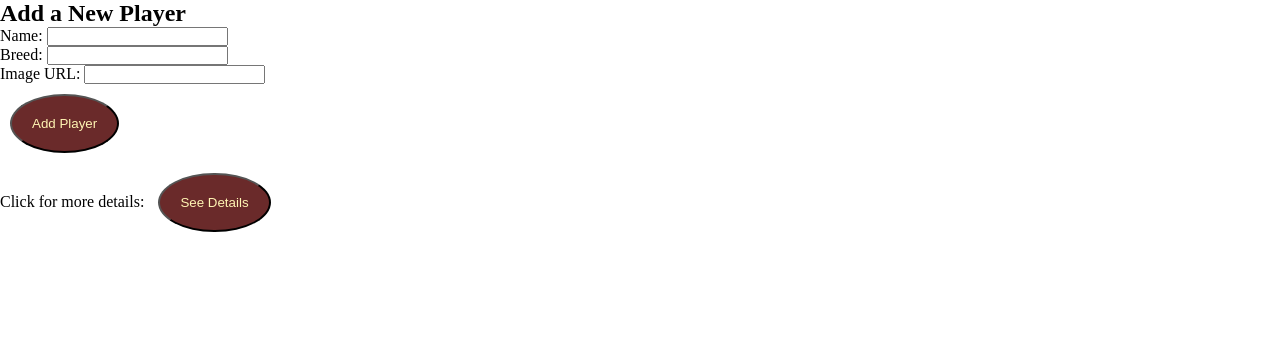
Repository: StaceyS27/puppybowl
Page: index.html
The author's editor kept a copy of each file at every save. The page is drawn from the files as they stood at one save, then again after a run of saves.
The browser window is 1280 px wide. The pictures show the whole page.

Above is the page before, as saved 2023-09-03 13:58:02.
Console error: TypeError: Cannot read properties of null (reading 'addEventListener')

### index.html
<!DOCTYPE html>
<html lang="en">
  <head>
    <meta charset="UTF-8" />
    <meta http-equiv="X-UA-Compatible" content="IE=edge" />
    <meta name="viewport" content="width=device-width, initial-scale=1.0" />
    <link rel="stylesheet" href="styles.css" />
    <title>PuppyBowl</title>
  </head>
  <body>
    <form id="new-player-form"></form>
    <h2>Add a New Player</h2>
    <label for="name">Name:</label>
    <input type="text" id="name" name="name" required /><br />
    <label for="breed">Breed:</label>
    <input type="text" id="breed" name="breed" required /><br />
    <label for="imageUrl">Image URL:</label>
    <input type="text" id="imageUrl" name="imageUrl" required /><br />
    <button type="submit">Add Player</button>
    <main></main>
    <form id="See Details"></form>
    <label for="See Details">Click for more details:</label>
    <button type="See details">See Details</button>
    <!DOCTYPE html>
    <html lang="en">
      <head>
        <meta charset="UTF-8" />
        <meta http-equiv="X-UA-Compatible" content="IE=edge" />
        <meta name="viewport" content="width=device-width, initial-scale=1.0" />
        <link rel="stylesheet" href="styles.css" />
        <title>PuppyBowl</title>
      </head>
      <body>

        <script src="./script.js"></script>
      </body>
    </html>
    <script src="./script.js"></script>
  </body>
</html>

### styles.css
*{
  padding: 0;
  margin: 0;
  box-sizing: border-box;
}

/*-------------------NAV BAR-------------------*/
.navbar {
  margin-bottom: 20px;
  padding: 10px;
  background-image: linear-gradient(goldenrod, gold, yellow);
  border-bottom: solid 20px yellow;
}
.navbar a:hover{
  font-weight: bold;
}
.navbar>a {
  color: rgb(0, 26, 78);
  font-family: Arial, Helvetica, sans-serif;
  padding: 20px;
  text-decoration: none;
}
/*-------------------GRID-------------------*/
#player-container {
  display: grid;
  grid-template-columns: repeat(4, 1fr);
  grid-template-rows: repeat(3, 1fr);
  column-gap: 20px;
  /*Adds spacing between columns; especially the nav bar background color and other content*/
}

/*All div children of player container will have this styling. NOTE: some may be changed with !important*/
#player-container>div {
  border: solid 5px rgb(0, 26, 78);
  border-radius: 10%;
  margin: 10px;
  padding: 20px;
  background-image: linear-gradient(rgb(0, 26, 78), goldenrod);
  color: rgb(255, 244, 179);
  font-family: Arial, Helvetica, sans-serif;
}

/*-------------------PUPPY IMAGE-------------------*/
/*Sizing for puppy images */
img {
  margin-top: 10px;
  margin-bottom: 10px;
  border: solid 5px rgb(0, 26, 78);
  height: 200px;
  width: 150px;
  align-items: center;
}
/*-------------------BUTTON STYLING-------------------*/
button {
  border-radius: 50%;
  margin: 10px;
  padding: 20px;
  background-color: rgb(106, 42, 42);
  color: rgb(255, 244, 179);
  font-family: Arial, Helvetica, sans-serif;
}

### script.js
// Use the API_URL variable to make fetch requests to the API.
// Replace the placeholder with your cohort name (ex: 2109-UNF-HY-WEB-PT)
const cohortName = "2306-GHP-ET-WEB-PT-SF";
const API_URL = `https://fsa-puppy-bowl.herokuapp.com/api/${cohortName}`;

/**
 * Fetches all players from the API.
 * @returns {Object[]} the array of player objects
 */
const fetchAllPlayers = async () => {
  try {
    const response = await fetch(`${API_URL}/players`);
    const result = await response.json();
    const playersArray = result.data.players
    console.log(playersArray);
    return playersArray;
  } catch (err) {
    console.error("Uh oh, trouble fetching players!", err);
  }
};

/**
 * Fetches a single player from the API.
 * @param {number} playerId
 * @returns {Object} the player object
 */
const fetchSinglePlayer = async (playerId) => {
  try {
    const response = await fetch (`${API_URL}/players/${playerId}`)
    const result = await response.json();
    console.log(result);
    return result;
  } catch (err) {
    console.error(`Oh no, trouble fetching player #${playerId}!`, err);
  }
}


/**
 * Adds a new player to the roster via the API.
 * @param {Object} playerObj the player to add
 * @returns {Object} the player returned by the API
 */
const addNewPlayer = async (playerObj) => {
  try {
    // TODO
  } catch (err) {
    console.error("Oops, something went wrong with adding that player!", err);
  }
};

/**
 * Removes a player from the roster via the API.
 * @param {number} playerId the ID of the player to remove
 */
const removePlayer = async (playerId) => {
  try {
    // TODO
  } catch (err) {
    console.error(
      `Whoops, trouble removing player #${playerId} from the roster!`,
      err
    );
  }
};

/**
 * Updates `<main>` to display a list of all players.
 *
 * If there are no players, a corresponding message is displayed instead.
 *
 * Each player is displayed in a card with the following information:
 * - name
 * - id
 * - image (with alt text of the player's name)
 *
 * Additionally, each card has two buttons:
 * - "See details" button that, when clicked, calls `renderSinglePlayer` to
 *    display more information about the player
 * - "Remove from roster" button that, when clicked, will call `removePlayer` to
 *    remove that specific player and then re-render all players
 *
 * Note: this function should replace the current contents of `<main>`, not append to it.
 * @param {Object[]} playerList - an array of player objects
 */
const renderAllPlayers = (playerList) => {
  // TODO
};
// Inside your script.js file

// Function to handle form submission and add a new player
async function addPlayer(event) {
    event.preventDefault();

    const form = event.target;
    const name = form.name.value;
    const breed = form.breed.value;
    const imageUrl = form.imageUrl.value;

    const newPlayer = {
        name: name,
        breed: breed,
        imageUrl: imageUrl,
        status: "rookie" // You can set the default status as needed
    };

    try {
        const response = await fetch(`${baseURL}/players`, {
            method: 'POST',
            headers: {
                'Content-Type': 'application/json'
            },
            body: JSON.stringify(newPlayer)
        });

        const result = await response.json();

        if (result.success) {
            // Player added successfully, update the roster display
            displayRoster();
            form.reset();
        } else {
            console.error(result.error.message);
        }
    } catch (err) {
        console.error(err);
    }
}

// Add a submit event listener to the form
const addPlayerForm = document.getElementById('add-player-form');
addPlayerForm.addEventListener('submit', addPlayer);

/**
 * Updates `<main>` to display a single player.
 * The player is displayed in a card with the following information:
 * - name
 * - id
 * - breed
 * - image (with alt text of the player's name)
 * - team name, if the player has one, or "Unassigned"
 *
 * The card also contains a "Back to all players" button that, when clicked,
 * will call `renderAllPlayers` to re-render the full list of players.
 * @param {Object} player an object representing a single player
 */
const renderSinglePlayer = (player) => {
  // TODO
};

/**
 * Fills in `<form id="new-player-form">` with the appropriate inputs and a submit button.
 * When the form is submitted, it should call `addNewPlayer`, fetch all players,
 * and then render all players to the DOM.
 */
const renderNewPlayerForm = () => {
  try {
    // TODO
  } catch (err) {
    console.error("Uh oh, trouble rendering the new player form!", err);
  }
};

/**
 * Initializes the app by fetching all players and rendering them to the DOM.
 */
const init = async () => {
  const players = await fetchAllPlayers();
  renderAllPlayers(players);

  renderNewPlayerForm();
};

// This script will be run using Node when testing, so here we're doing a quick
// check to see if we're in Node or the browser, and exporting the functions
// we want to test if we're in Node.
if (typeof window === "undefined") {
  module.exports = {
    fetchAllPlayers,
    fetchSinglePlayer,
    addNewPlayer,
    removePlayer,
    renderAllPlayers,
    renderSinglePlayer,
    renderNewPlayerForm,
  };
} else {
  init();
}

After the next 3 saves:
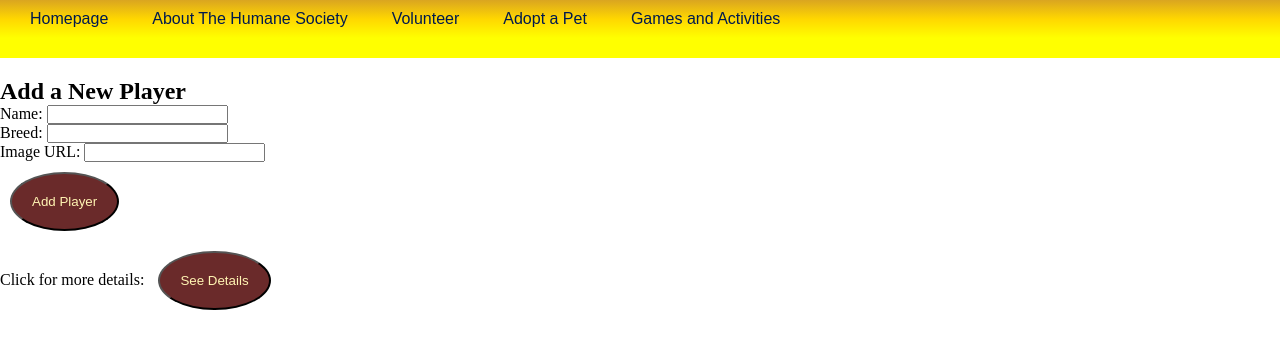
The 3 saves are shown as one change because they came seconds apart.
The last was saved 10 s later.
--- a/index.html
+++ b/index.html
@@ -6,6 +6,17 @@
     <meta name="viewport" content="width=device-width, initial-scale=1.0" />
     <link rel="stylesheet" href="styles.css" />
     <title>PuppyBowl</title>
+    <nav>
+      <div class="navbar">
+        <a href=" ">Homepage</a>
+        <a href=" ">About The Humane Society</a>
+        <a href=" ">Volunteer</a>
+        <a href=" ">Adopt a Pet</a>
+        <a href=" ">Games and Activities</a>
+      </div>
+    </nav>
+    <form id="new-player-form"></form>
+    <main id="player-container"></main>
   </head>
   <body>
     <form id="new-player-form"></form>
@@ -31,7 +42,6 @@
         <title>PuppyBowl</title>
       </head>
       <body>
-
         <script src="./script.js"></script>
       </body>
     </html>
